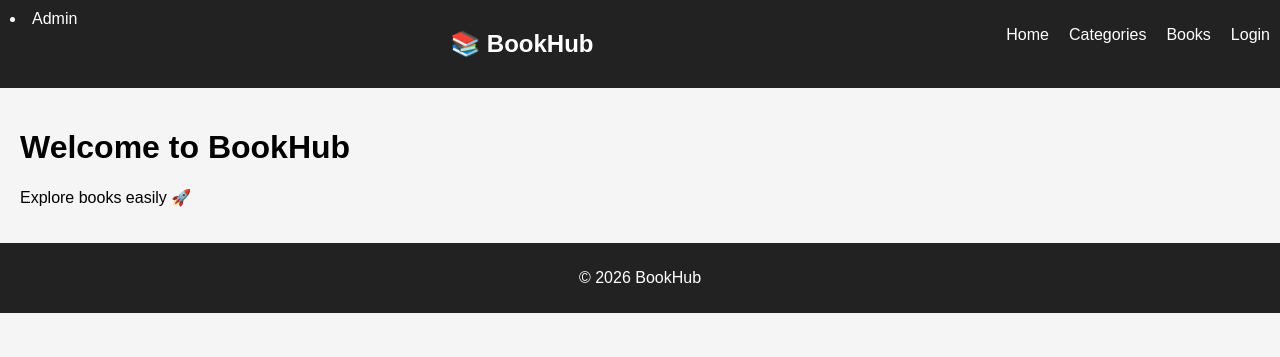
Repository: kparunsagar/Bookhub
Page: http://localhost/
The author's editor kept a copy of each file at every save. The page is drawn from the files as they stood at one save, then again after the next save.
The browser window is 1280 px wide. The pictures show the whole page.
The page is served by the project's application, run on Flask 3 (app.py).

Above is the page before, as saved 2026-05-04 20:45:01.

After the next save:
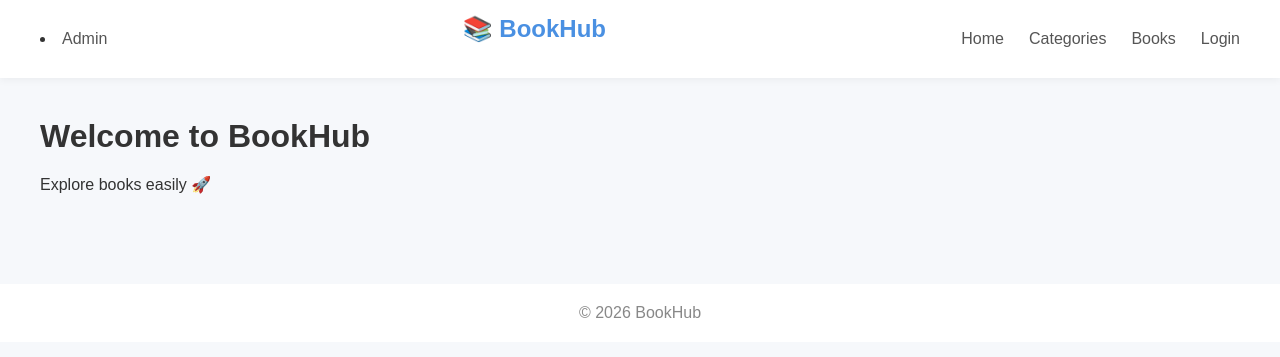
Saved 14 min 29 s later.
--- a/static/css/style.css
+++ b/static/css/style.css
@@ -1,43 +1,114 @@
+/* Reset */
+* {
+    margin: 0;
+    padding: 0;
+    box-sizing: border-box;
+}
 
 body {
-    font-family: Arial;
-    margin: 0;
-    background: #f5f5f5;
+    font-family: 'Poppins', sans-serif;
+    background: #f6f8fb;
+    color: #333;
 }
 
+/* NAVBAR */
 nav {
-    background: #222;
-    color: white;
-    padding: 10px;
+    background: white;
+    padding: 15px 40px;
     display: flex;
     justify-content: space-between;
+    align-items: center;
+    box-shadow: 0 2px 8px rgba(0,0,0,0.05);
+}
+
+nav h2 {
+    color: #4a90e2;
 }
 
 nav ul {
     list-style: none;
     display: flex;
+    gap: 25px;
+}
+
+nav a {
+    text-decoration: none;
+    color: #555;
+    font-weight: 500;
+    transition: 0.3s;
+}
+
+nav a:hover {
+    color: #4a90e2;
+}
+
+/* CONTAINER */
+.container {
+    padding: 40px;
+}
+
+/* HEADINGS */
+h1, h2 {
+    margin-bottom: 20px;
+}
+
+/* GRID */
+.book-grid {
+    display: grid;
+    grid-template-columns: repeat(auto-fill, minmax(220px, 1fr));
     gap: 20px;
 }
 
-nav a {
-    color: white;
-    text-decoration: none;
+/* CARD */
+.card {
+    background: white;
+    border-radius: 12px;
+    padding: 20px;
+    transition: 0.3s;
+    box-shadow: 0 4px 12px rgba(0,0,0,0.05);
 }
 
-.container {
-    padding: 20px;
+.card:hover {
+    transform: translateY(-5px);
+    box-shadow: 0 8px 20px rgba(0,0,0,0.1);
 }
 
-.card {
-    background: white;
-    padding: 10px;
-    margin: 10px;
-    border-radius: 5px;
+.card h3 {
+    margin-bottom: 10px;
+    color: #222;
 }
 
+.card p {
+    color: #777;
+}
+
+/* FORM */
+form input, form select {
+    width: 100%;
+    padding: 10px;
+    margin-bottom: 10px;
+    border-radius: 8px;
+    border: 1px solid #ddd;
+}
+
+button {
+    padding: 10px 15px;
+    border: none;
+    background: #4a90e2;
+    color: white;
+    border-radius: 8px;
+    cursor: pointer;
+}
+
+button:hover {
+    background: #357abd;
+}
+
+/* FOOTER */
 footer {
+    margin-top: 50px;
     text-align: center;
-    padding: 10px;
-    background: #222;
-    color: white;
+    padding: 20px;
+    background: white;
+    color: #888;
 }
